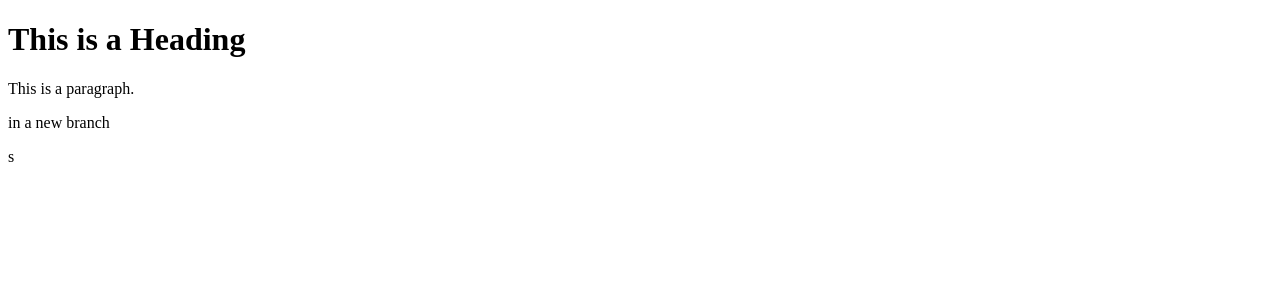
Repository: rashmikagamage/gittesting
Page: test.html
An editor plug-in stored every save of this project. The page is shown before and after the next save, followed by the edit.
The browser window is 1280 px wide. The pictures show the whole page.

Above is the page before, as saved 2020-07-04 14:48:37.

After the next save:
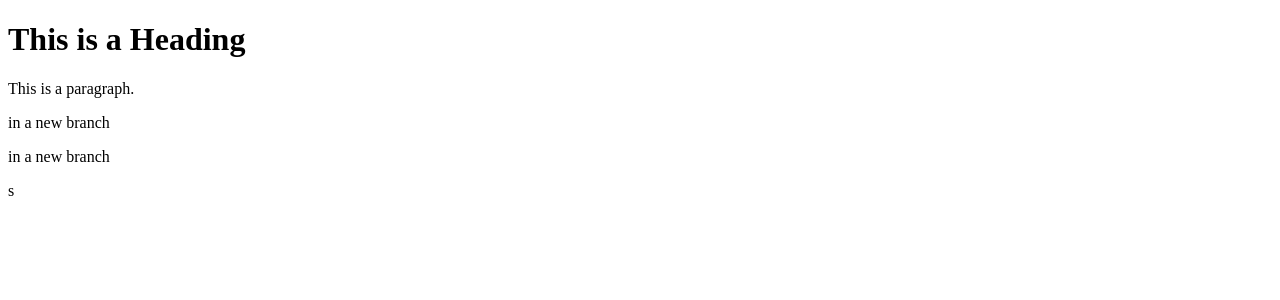
Saved 6 s later.
--- a/test.html
+++ b/test.html
@@ -8,6 +8,7 @@
 <h1>This is a Heading</h1>
 <p>This is a paragraph.</p>
 <p>in a new branch</p>
+<p>in a new branch</p>
 
 </body>
 </html>s
